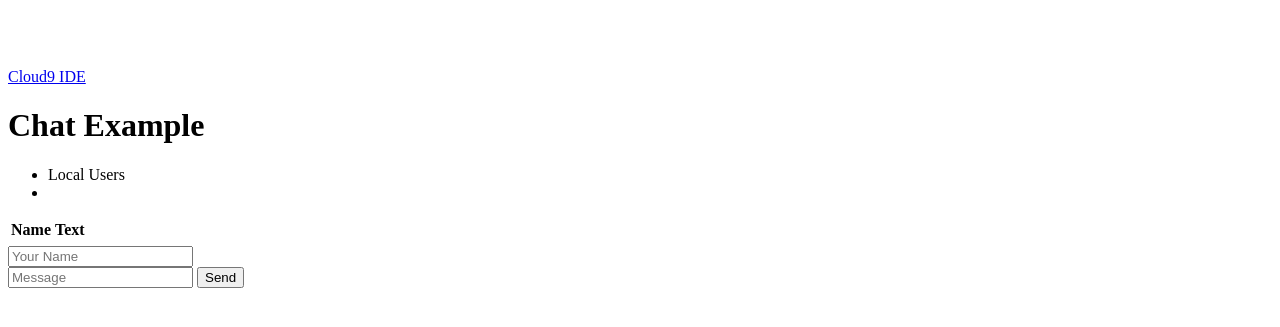
Repository: yanom/yanom-node3
Page: client/index.html
The author's editor kept a record of every edit. The page is drawn from the files as they stood at one moment, then again after the next edit.
The browser window is 1280 px wide. The pictures show the whole page.

Above is the page before.
Not found: css/bootstrap-responsive.min.css
Not found: css/bootstrap.min.css
Not found: js/angular.min.js

After the next edit:
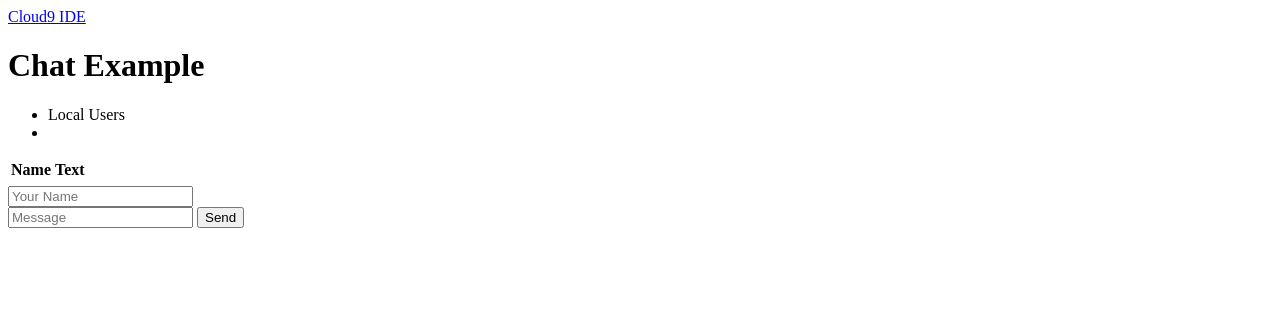
The edit:
--- a/client/index.html
+++ b/client/index.html
@@ -1,49 +1,7 @@
 <!doctype html>
 <html lang="ja">
   <head>
-    <title>Chat Example</title>
-    <meta name="viewport" content="width=device-width, initial-scale=1.0">
-    <link rel="stylesheet" href="/css/bootstrap.min.css">
-    <link rel="stylesheet" href="/css/bootstrap-responsive.min.css">
-    <style>
-      body {
-        padding-top: 60px;
-      }
-    </style>
-    <script>
-      function ChatController($scope) {
-        var socket = io.connect();
-
-        $scope.messages = [];
-        $scope.roster = [];
-        $scope.name = '';
-        $scope.text = '';
-
-        socket.on('connect', function () {
-          $scope.setName();
-        });
-
-        socket.on('message', function (msg) {
-          $scope.messages.push(msg);
-          $scope.$apply();
-        });
-
-        socket.on('roster', function (names) {
-          $scope.roster = names;
-          $scope.$apply();
-        });
-
-        $scope.send = function send() {
-          console.log('Sending message:', $scope.text);
-          socket.emit('message', $scope.text);
-          $scope.text = '';
-        };
-
-        $scope.setName = function setName() {
-          socket.emit('identify', $scope.name);
-        };
-      }
-    </script>
+    <title>yanom-node3</title>
   </head>
   <body>
     <div class="container" ng-controller="ChatController">
